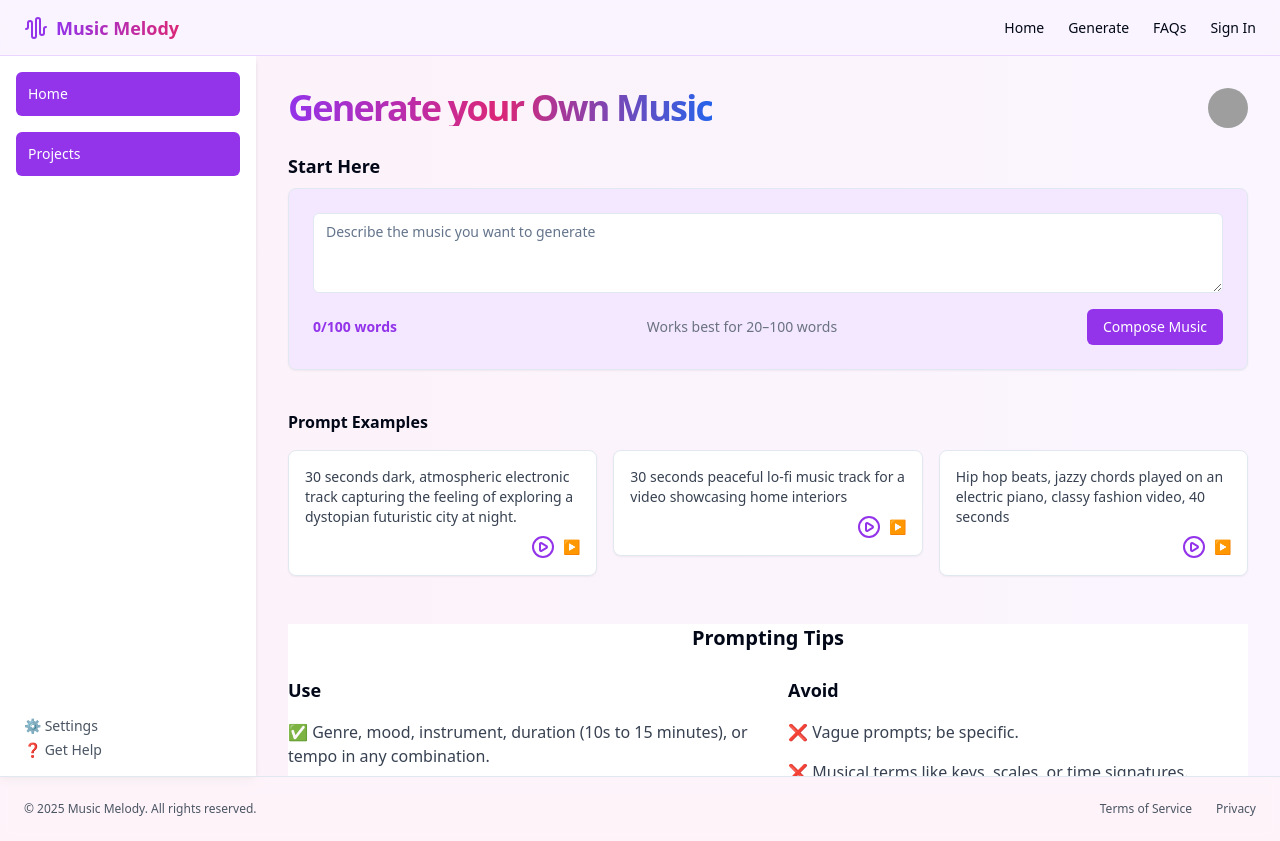
Repository: Aadityakesarwani/musicMelody
Page: /MusicMelodyUI
An editor plug-in stored every save of this project. The page is shown before and after a run of saves, followed by the edit.
The browser window is 1280 px wide. The pictures show the whole page.
Pictures or frames that could not be fetched are drawn as grey boxes. An inner scrolling area shows only its first screen. The project was rebuilt for these pictures with package versions that can differ from the ones it lists, and the page was loaded fresh each time. Also part of the build but not shown: vite.config.js, src/components/ui/accordion.jsx, src/components/Faq.jsx, src/components/Hero.jsx, src/components/HowItWorks.jsx, src/context/AuthContext.jsx, src/components/SignIn.jsx, src/components/MusicSection.jsx and 7 more. Imported but missing from the stored project, and not drawn on this page: src/assets/1.mp4, src/assets/2.mp4, src/assets/3.mp4, src/assets/4.mp4, src/assets/5.mp4.

Above is the page before, as saved 2025-04-13 19:22:21.

### src/main.jsx
import './polyfills';
import React from 'react'
import ReactDOM from 'react-dom/client'
import App from './App'
import './index.css'

ReactDOM.createRoot(document.getElementById('root')).render(
  <React.StrictMode>
    <App />
  </React.StrictMode>,
)

### src/polyfills.js
// Add global polyfill for browser environment
if (typeof global === 'undefined') {
  window.global = window;
}

### src/App.jsx
import { BrowserRouter } from "react-router-dom";
import { Route, Routes } from "react-router-dom";

import FAQ from "./components/Faq";
import Footer from "./components/Footer";
import Header from "./components/Header";
import Hero from "./components/Hero";
import HowItWorks from "./components/HowItWorks";
import LoginSignUpPage from "./components/SignIn";
import MusicSection from "./components/MusicSection";
import MusicLandingPage from "./components/MusicLandingPage";
import MusicMelodyUI from "./components/MusicMelodyUI";
import CTA from "./components/Cta";
import ProjectDetails from "./components/ProjectDetails";
import Pricing from "./components/Pricing";
import TermsOfService from "./components/TermsOfService";
import Home from "./components/Home";

function App() {
  return (
    <BrowserRouter>
      <div className="flex flex-col min-h-screen bg-gradient-to-b from-purple-100 to-pink-100 dark:from-purple-900 dark:to-pink-900">
        <Header />
        <main className="flex-1">
          <Routes>
            <Route path="/LoginSignUpPage" element={<LoginSignUpPage />} />
            <Route path="/MusicLandingPage" element={<MusicLandingPage />} />
            <Route path="/MusicMelodyUI" element={<MusicMelodyUI />} />
            <Route path="/ProjectDetails" element={<ProjectDetails />} />
            <Route path="/Pricing" element={<Pricing />} />
            <Route path="/TermsOfService" element={<TermsOfService />} />
            <Route path="/Home" element={<Home />} />
            <Route
              path="/"
              element={
                <div className="flex flex-col gap-8">
                  <section id="hero">
                    <Hero />
                  </section>
                  <section id="music-section">
                    <MusicSection />
                  </section>
                  <section id="howitworks">
                    <HowItWorks />
                  </section>
                  <section id="faqs">
                    <FAQ />
                  </section>
                  <section id="cta">
                    <CTA />
                  </section>
                </div>
              }
            />
          </Routes>
        </main>
        <Footer />
      </div>
    </BrowserRouter>
  );
}

export default App;

### src/components/Footer.jsx
import React from 'react';
import { Link } from 'react-router-dom'; // Import Link from react-router-dom

export default function Footer() {
  return (
    <footer className="flex flex-col gap-2 sm:flex-row py-6 w-full shrink-0 items-center px-4 md:px-6 border-t bg-white/50 backdrop-blur-sm dark:bg-gray-800/50">
      <p className="text-xs text-gray-600 dark:text-gray-400">
        © {new Date().getFullYear()} Music Melody. All rights reserved.
      </p>
      <nav className="sm:ml-auto flex gap-4 sm:gap-6">
        {/* Link to the Terms of Service page */}
        <Link
          className="text-xs hover:underline underline-offset-4 text-gray-600 hover:text-purple-600 dark:text-gray-400 dark:hover:text-purple-400"
          to="/TermsOfService" // Use the path you defined for Terms of Service in your router
        >
          Terms of Service
        </Link>
        <Link
          className="text-xs hover:underline underline-offset-4 text-gray-600 hover:text-purple-600 dark:text-gray-400 dark:hover:text-purple-400"
          to="/Privacy" // Use the path you defined for Privacy Policy in your router
        >
          Privacy
        </Link>
      </nav>
    </footer>
  );
}

### src/components/Header.jsx
import { AudioWaveform, Menu, X } from "lucide-react";
import { Link, useLocation } from "react-router-dom";
import { useState } from "react";

export default function Header() {
  const location = useLocation();
  const [isMenuOpen, setIsMenuOpen] = useState(false);

  const scrollToSection = (sectionId) => {
    if (location.pathname === '/') {
      const element = document.getElementById(sectionId);
      if (element) {
        element.scrollIntoView({ behavior: 'smooth' });
      }
    }
    setIsMenuOpen(false);
  };

  return (
    <header className="sticky top-0 z-50 px-4 lg:px-6 h-14 flex items-center border-b border-purple-200 dark:border-purple-800 bg-white/50 backdrop-blur-sm dark:bg-gray-800/50">
      <Link
        to="/"
        onClick={() => scrollToSection('hero')}
        className="flex items-center justify-center"
      >
        <AudioWaveform className="h-6 w-6 text-purple-600 dark:text-purple-400" />
        <span className="ml-2 text-lg font-bold bg-clip-text text-transparent bg-gradient-to-r from-purple-600 to-pink-600 dark:from-purple-400 dark:to-pink-400">
          Music Melody
        </span>
      </Link>

      {/* Hamburger Menu */}
      <button
        onClick={() => setIsMenuOpen(!isMenuOpen)}
        className="ml-auto md:hidden"
      >
        {isMenuOpen ? (
          <X className="h-6 w-6 text-purple-600 dark:text-purple-400" />
        ) : (
          <Menu className="h-6 w-6 text-purple-600 dark:text-purple-400" />
        )}
      </button>

      {/* Desktop Navigation */}
      <nav className="ml-auto hidden md:flex gap-4 sm:gap-6">
        <Link
          to="/"
          onClick={() => scrollToSection('hero')}
          className="text-sm font-medium hover:text-purple-600 dark:hover:text-purple-400 transition-colors"
        >
          Home
        </Link>
        <Link
          to="/MusicLandingPage"
          className="text-sm font-medium hover:text-purple-600 dark:hover:text-purple-400 transition-colors"
        >
          Generate
        </Link>
        <Link
          to="/"
          onClick={() => scrollToSection('faqs')}
          className="text-sm font-medium hover:text-purple-600 dark:hover:text-purple-400 transition-colors"
        >
          FAQs
        </Link>
        <Link
          to="/LoginSignUpPage"
          className="text-sm font-medium hover:text-purple-600 dark:hover:text-purple-400 transition-colors"
        >
          Sign In
        </Link>
      </nav>

      {/* Mobile Navigation */}
      {isMenuOpen && (
        <div className="absolute top-14 left-0 right-0 bg-white dark:bg-gray-800 border-b border-purple-200 dark:border-purple-800 md:hidden">
          <nav className="flex flex-col p-4">
            <Link
              to="/"
              onClick={() => scrollToSection('hero')}
              className="py-2 text-sm font-medium hover:text-purple-600 dark:hover:text-purple-400 transition-colors"
            >
              Home
            </Link>
            <Link
              to="/"
              onClick={() => scrollToSection('generator')}
              className="py-2 text-sm font-medium hover:text-purple-600 dark:hover:text-purple-400 transition-colors"
            >
              Generate
            </Link>
            <Link
              to="/"
              onClick={() => scrollToSection('faqs')}
              className="py-2 text-sm font-medium hover:text-purple-600 dark:hover:text-purple-400 transition-colors"
            >
              FAQs
            </Link>
            <Link
              to="/LoginSignUpPage"
              className="py-2 text-sm font-medium hover:text-purple-600 dark:hover:text-purple-400 transition-colors"
            >
              Sign In
            </Link>
          </nav>
        </div>
      )}
    </header>
  );
}

### src/components/MusicMelodyUI.jsx
import { motion } from "framer-motion";
import { Button } from "./ui/button";
import { Link } from "react-router-dom";
import { Card } from "./ui/card";
import { Avatar, AvatarImage } from "./ui/avatar";
import { Textarea } from "./ui/textarea";
import { CirclePlay } from "lucide-react";

export default function MusicMelodyUI() {
  return (
    <div className="flex h-screen bg-gradient-to-r from-pink-50 to-purple-50">
      {/* Sidebar */}
      <aside className="w-1/5 p-4 bg-white shadow-md flex flex-col justify-between">
        <div>
          <nav className="space-y-2">
            <Link to="/MusicLandingPage">
              <Button variant="default" className="w-full justify-start bg-purple-600 hover:bg-purple-700 text-white px-3 py-3 mb-4">
                Home
              </Button>
            </Link>
            <Link to="/ProjectDetails">
              <Button variant="outline" className="w-full justify-start bg-purple-600 hover:bg-purple-700 text-white px-3 py-3">
                Projects
              </Button>
            </Link>
          </nav>
        </div>
        <div className="space-y-1 text-sm text-gray-600 pl-2">
          <div className="cursor-pointer">⚙️ Settings</div>
          <div className="cursor-pointer">❓ Get Help</div>
        </div>
      </aside>

      {/* Main Content */}
      <main className="flex-1 p-8 overflow-auto">
        {/* Header */}
        <motion.header
          initial={{ opacity: 0 }}
          animate={{ opacity: 1 }}
          transition={{ duration: 0.5 }}
          className="flex justify-between items-center"
        >
          <h1 className="text-2xl font-bold tracking-tighter sm:text-2xl md:text-2xl lg:text-4xl/none bg-clip-text text-transparent
           bg-gradient-to-r from-purple-600 via-pink-600 to-blue-600 dark:from-purple-400
           dark:via-pink-400 dark:to-blue-400">
            Generate your Own Music
          </h1>
          <Avatar>
            <AvatarImage src="https://github.com/shadcn.png" alt="User avatar" />
          </Avatar>
        </motion.header>

        {/* Input Section */}
        <section className="mt-6">
          <h2 className="text-lg font-semibold mb-2">Start Here</h2>
          <Card className="p-6 bg-purple-100">
            <Textarea
              placeholder="Describe the music you want to generate"
              className="bg-white mb-4"
            />
            <div className="flex justify-between items-center text-sm">
              <span className="text-purple-600 font-bold">0/100 words</span>
              <span className="text-gray-500">Works best for 20–100 words</span>
              <Link to="/home">
                <Button variant="default" className="bg-purple-600 hover:bg-purple-700 text-white px-4 py-2">Compose Music</Button>
              </Link>
            </div>
          </Card>
        </section>

        {/* Prompt Examples */}
        <section className="mt-10">
          <h3 className="text-md font-semibold mb-4">Prompt Examples</h3>
          <div className="grid grid-cols-1 md:grid-cols-3 gap-4">
            {[
              "30 seconds dark, atmospheric electronic track capturing the feeling of exploring a dystopian futuristic city at night.",
              "30 seconds peaceful lo-fi music track for a video showcasing home interiors",
              "Hip hop beats, jazzy chords played on an electric piano, classy fashion video, 40 seconds"
            ].map((prompt, index) => (
              <motion.div
                key={index}
                initial={{ opacity: 0 }}
                animate={{ opacity: 1 }}
                transition={{ duration: 0.5, delay: index * 0.1 }}
              >
                <Card className="p-4">
                  <p className="text-sm text-gray-700">{prompt}</p>
                  <div className="flex justify-end mt-2 gap-2">
                    <CirclePlay className="cursor-pointer text-purple-600" />
                    <Button variant="ghost" size="icon">▶</Button>
                  </div>
                </Card>
              </motion.div>
            ))}
          </div>
        </section>

        {/* Prompting Tips Section */}
        <section className="mt-12 bg-white space-y">
          <h3 className="text-xl font-bold mb-6 text-center">Prompting Tips</h3>
          <div className="grid grid-cols-1 md:grid-cols-2 gap-10">
            {/* Use Column */}
            <div>
              <h4 className="text-lg font-semibold mb-4">Use</h4>
              <ul className="space-y-4 text-gray-700">
                <li>✅ Genre, mood, instrument, duration (10s to 15 minutes), or tempo in any combination.</li>
                <li>✅ Genre like ambient, cinematic, lo-fi, electronic, rock, hio-hop for best results.</li>
                <li>✅ Keywords to mention the intended use (e.g., podcast, game)</li>
                <li>✅ Descriptive adjectives (e.g., dreamy, energetic) for tailored outputs.</li>
              </ul>
            </div>

            {/* Avoid Column */}
            <div>
              <h4 className="text-lg font-semibold mb-4">Avoid</h4>
              <ul className="space-y-4 text-gray-700">
                <li>❌ Vague prompts; be specific.</li>
                <li>❌ Musical terms like keys, scales, or time signatures.</li>
                <li>❌ Asking for vocals, sounds effective or foiey.</li>
                <li>❌ Including lyrics or scripts in prompts.</li>
              </ul>
            </div>
          </div>
          <p className="mt-8 text-sm text-center font-medium text-gray-800">
            want to read more? get the full guide here
          </p>
        </section>
      </main>
    </div>
  );
}

### src/components/ui/button.jsx
import * as React from "react";
import { Slot } from "@radix-ui/react-slot";
import { cn } from "../../lib/utils";

const Button = React.forwardRef(
  // eslint-disable-next-line react/prop-types
  ({ className, asChild = false, ...props }, ref) => {
    const Comp = asChild ? Slot : "button";
    return (
      <Comp
        className={cn(
          "inline-flex items-center justify-center whitespace-nowrap rounded-md text-sm font-medium transition-colors focus-visible:outline-none focus-visible:ring-1 focus-visible:ring-ring disabled:pointer-events-none disabled:opacity-50",
          className
        )}
        ref={ref}
        {...props}
      />
    );
  }
);

Button.displayName = "Button";

export { Button };

### src/components/ui/card.jsx
import * as React from "react";
import PropTypes from "prop-types"; // Import PropTypes for validation
import { cn } from "../../lib/utils";

const Card = React.forwardRef(({ className, ...props }, ref) => (
  <div
    ref={ref}
    className={cn(
      "rounded-lg border bg-card text-card-foreground shadow-sm",
      className
    )}
    {...props}
  />
));
Card.displayName = "Card";

// PropType validation
Card.propTypes = {
  className: PropTypes.string,
  children: PropTypes.node,
};

const CardHeader = React.forwardRef(({ className, ...props }, ref) => (
  <div
    ref={ref}
    className={cn("flex flex-col space-y-1.5 p-6", className)}
    {...props}
  />
));
CardHeader.displayName = "CardHeader";

// PropType validation
CardHeader.propTypes = {
  className: PropTypes.string,
  children: PropTypes.node,
};

const CardTitle = React.forwardRef(({ className, ...props }, ref) => (
  <h3
    ref={ref}
    className={cn(
      "text-2xl font-semibold leading-none tracking-tight",
      className
    )}
    {...props}
  />
));
CardTitle.displayName = "CardTitle";

// PropType validation
CardTitle.propTypes = {
  className: PropTypes.string,
  children: PropTypes.node,
};

const CardDescription = React.forwardRef(({ className, ...props }, ref) => (
  <p
    ref={ref}
    className={cn("text-sm text-muted-foreground", className)}
    {...props}
  />
));
CardDescription.displayName = "CardDescription";

// PropType validation
CardDescription.propTypes = {
  className: PropTypes.string,
  children: PropTypes.node,
};

const CardContent = React.forwardRef(({ className, ...props }, ref) => (
  <div ref={ref} className={cn("p-6 pt-0", className)} {...props} />
));
CardContent.displayName = "CardContent";

// PropType validation
CardContent.propTypes = {
  className: PropTypes.string,
  children: PropTypes.node,
};

const CardFooter = React.forwardRef(({ className, ...props }, ref) => (
  <div
    ref={ref}
    className={cn("flex items-center p-6 pt-0", className)}
    {...props}
  />
));
CardFooter.displayName = "CardFooter";

// PropType validation
CardFooter.propTypes = {
  className: PropTypes.string,
  children: PropTypes.node,
};

export { Card, CardHeader, CardFooter, CardTitle, CardDescription, CardContent };

### src/components/ui/avatar.jsx
import * as React from "react";
import PropTypes from "prop-types"; // For prop validation
import { cn } from "../../lib/utils"; // Utility for classNames

const Avatar = React.forwardRef(({ className, ...props }, ref) => (
  <div
    ref={ref}
    className={cn(
      "relative flex h-10 w-10 shrink-0 overflow-hidden rounded-full",
      className
    )}
    {...props}
  />
));
Avatar.displayName = "Avatar";

Avatar.propTypes = {
  className: PropTypes.string,
  children: PropTypes.node,
};

const AvatarImage = React.forwardRef(({ className, ...props }, ref) => (
  <img
    ref={ref}
    className={cn("aspect-square h-full w-full", className)}
    {...props}
  />
));
AvatarImage.displayName = "AvatarImage";

AvatarImage.propTypes = {
  className: PropTypes.string,
  src: PropTypes.string.isRequired,
  alt: PropTypes.string,
};

export { Avatar, AvatarImage };

### src/components/ui/textarea.jsx
import * as React from "react";
import { cn } from "../../lib/utils";

// eslint-disable-next-line react/prop-types
const Textarea = React.forwardRef(({ className, ...props }, ref) => {
  return (
    <textarea
      className={cn(
        "flex min-h-[80px] w-full rounded-md border border-input bg-background px-3 py-2 text-sm ring-offset-background placeholder:text-muted-foreground focus-visible:outline-none focus-visible:ring-2 focus-visible:ring-ring focus-visible:ring-offset-2 disabled:cursor-not-allowed disabled:opacity-50",
        className
      )}
      ref={ref}
      {...props}
    />
  );
});

Textarea.displayName = "Textarea";

export { Textarea };

### tailwind.config.js
/** @type {import('tailwindcss').Config} */
export default {
  darkMode: ["class"],
  content: [
    "./index.html",
    "./src/**/*.{js,ts,jsx,tsx}",
  ],
  theme: {
    container: {
      center: true,
      padding: "2rem",
      screens: {
        "2xl": "1400px",
      },
    },
    extend: {
      colors: {
        border: "hsl(var(--border))",
        input: "hsl(var(--input))",
        ring: "hsl(var(--ring))",
        background: "hsl(var(--background))",
        foreground: "hsl(var(--foreground))",
        primary: {
          DEFAULT: "hsl(var(--primary))",
          foreground: "hsl(var(--primary-foreground))",
        },
        secondary: {
          DEFAULT: "hsl(var(--secondary))",
          foreground: "hsl(var(--secondary-foreground))",
        },
        destructive: {
          DEFAULT: "hsl(var(--destructive))",
          foreground: "hsl(var(--destructive-foreground))",
        },
        muted: {
          DEFAULT: "hsl(var(--muted))",
          foreground: "hsl(var(--muted-foreground))",
        },
        accent: {
          DEFAULT: "hsl(var(--accent))",
          foreground: "hsl(var(--accent-foreground))",
        },
        popover: {
          DEFAULT: "hsl(var(--popover))",
          foreground: "hsl(var(--popover-foreground))",
        },
        card: {
          DEFAULT: "hsl(var(--card))",
          foreground: "hsl(var(--card-foreground))",
        },
      },
      borderRadius: {
        lg: "var(--radius)",
        md: "calc(var(--radius) - 2px)",
        sm: "calc(var(--radius) - 4px)",
      },
      keyframes: {
        "accordion-down": {
          from: { height: 0 },
          to: { height: "var(--radix-accordion-content-height)" },
        },
        "accordion-up": {
          from: { height: "var(--radix-accordion-content-height)" },
          to: { height: 0 },
        },
      },
      animation: {
        "accordion-down": "accordion-down 0.2s ease-out",
        "accordion-up": "accordion-up 0.2s ease-out",
      },
    },
  },
  plugins: [require("tailwindcss-animate")],
}

Loaded but not shown: index.html (common file); src/index.css (common file); src/lib/utils.js (common file)

After the next 3 saves:
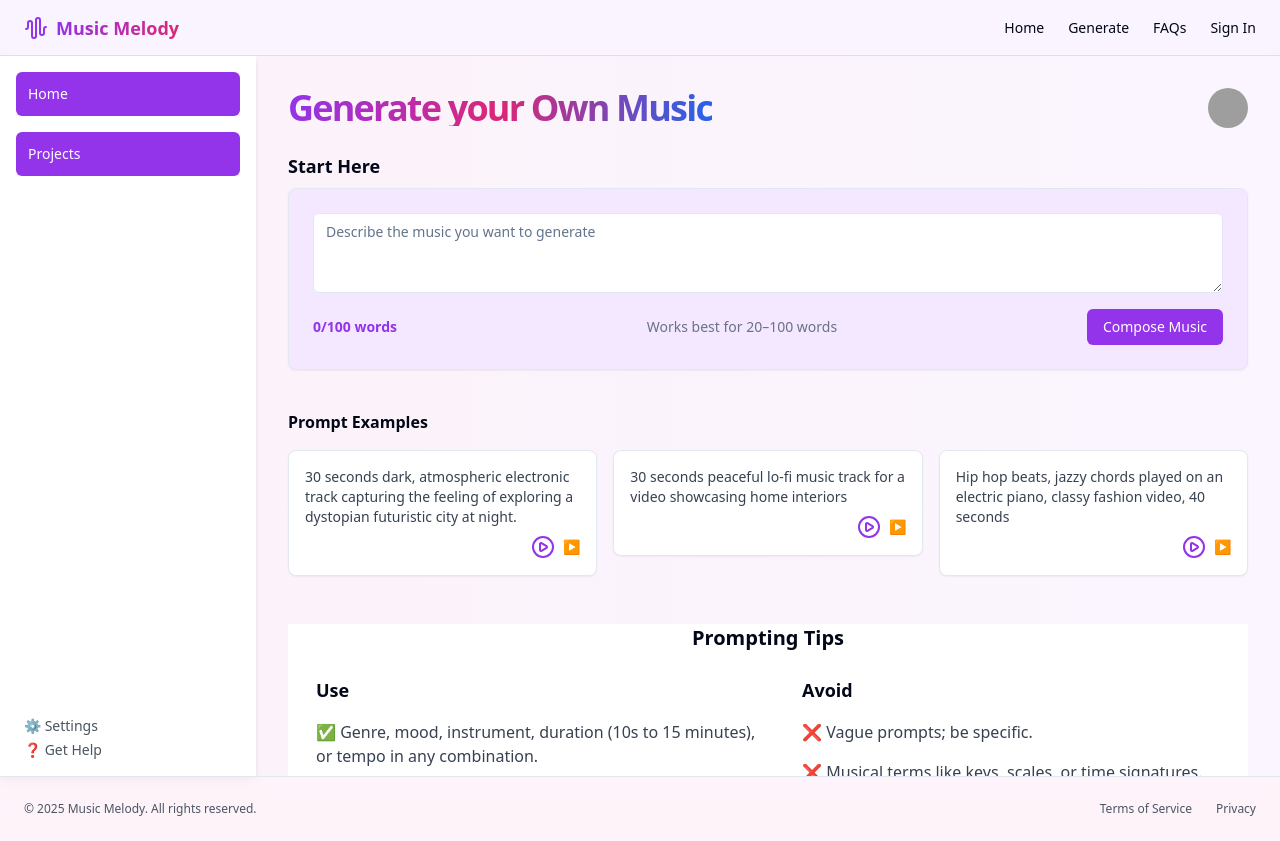
The 3 saves are shown as one change because they came seconds apart.
The last was saved 11 s later.
--- a/src/components/MusicMelodyUI.jsx
+++ b/src/components/MusicMelodyUI.jsx
@@ -96,7 +96,7 @@ export default function MusicMelodyUI() {
         </section>
 
         {/* Prompting Tips Section */}
-        <section className="mt-12 bg-white space-y">
+        <section className="mt-12 bg-white space-y-4 space-x-7">
           <h3 className="text-xl font-bold mb-6 text-center">Prompting Tips</h3>
           <div className="grid grid-cols-1 md:grid-cols-2 gap-10">
             {/* Use Column */}
